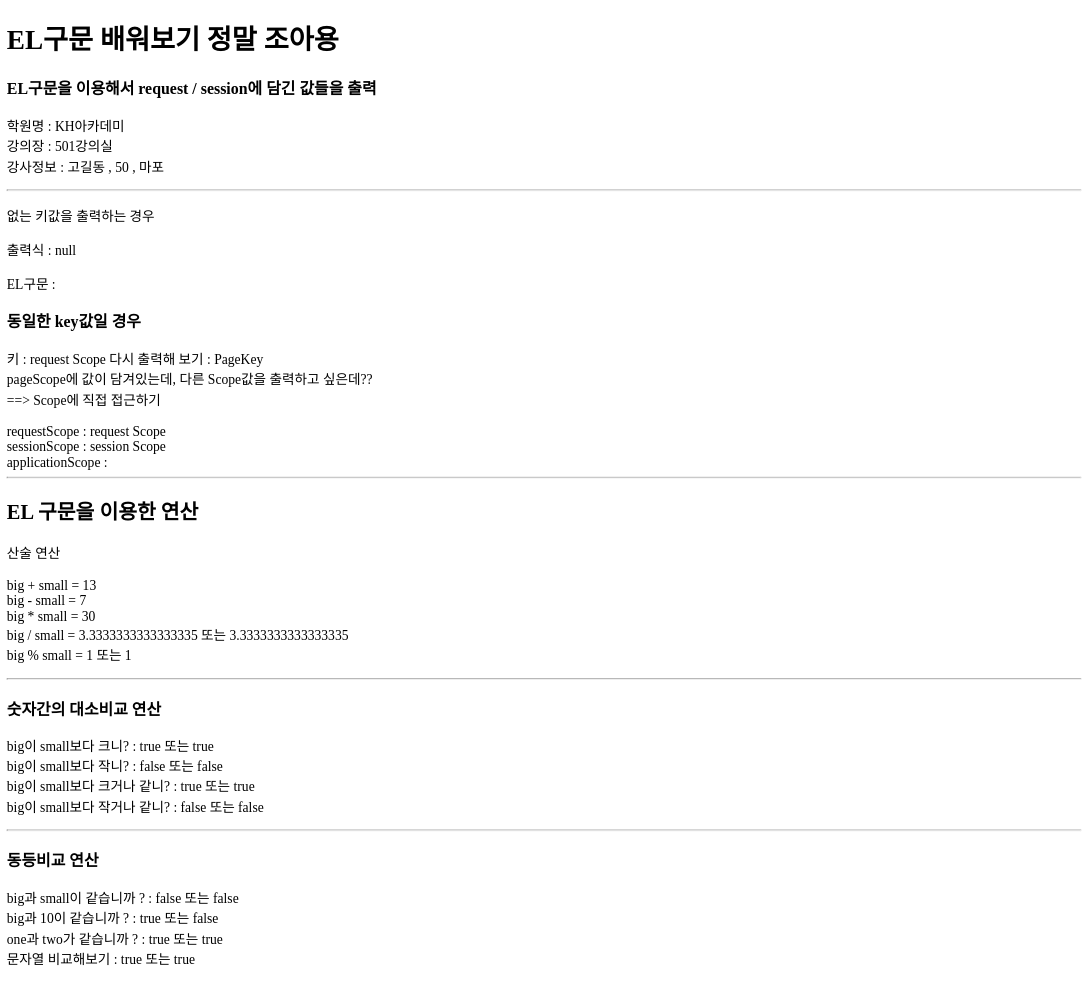
Repository: rlaehqkf/java_practice
Page: http://localhost/ActionProject/el.do
The author's editor kept a copy of each file at every save. The page is drawn from the files as they stood at one save, then again after the next save.
The browser window is 1280 px wide. The pictures show the whole page, at 85% of full size.
The page is served by Tomcat 9.

Above is the page before, as saved 2026-05-06 06:40:07.

### ActionProject/src/main/webapp/WEB-INF/views/01_el.jsp
<%@ page language="java" contentType="text/html; charset=UTF-8"
    pageEncoding="UTF-8"%>

<%@ page import="com.kh.el.model.dto.Person" %>

<!DOCTYPE html>
<html>
<head>
<meta charset="UTF-8">
<title>초강력 JSP</title>
</head>
<body>

	<h1>EL구문 배워보기 정말 조아용</h1>

	<%--

	<%
		String classRoom = (String)request.getAttribute("classRoom");
		Person student = (Person)request.getAttribute("student");

		String academy = (String)session.getAttribute("academy");
		Person lecture = (Person)session.getAttribute("lecture");
	%>

	<p>
		학원명 : <%= academy %> <br>
		강의장 : <%= classRoom %> <br>
		강사정보 : <%= lecture.getName() %>, <%= lecture.getAge() %>, <%= lecture.getAdress() %> <br><br>

		수강생의 정보
		<ul>
			<li> 이름 : <%= student.getName() %></li>
			<li> 나이 : <%= student.getAge() %></li>
			<li> 주소 : <%= student.getAdress() %></li>
		</ul>
	</p>
	--%>

	<h3>EL구문을 이용해서 request / session에 담긴 값들을 출력</h3>

	<p>
		학원명 : ${ academy } <br>
		강의장 : ${ classRoom } <br>
		강사정보 : ${ lecture.name } , ${ lecture.age } , ${ lecture.address } <br>
					<!-- getName() -->



		<!--
			실제로 필드에 직접 접근하는 것은 불가능
			.name => getName()
			내부적으로 getter메소드를 찾아서 호출하는 값을 출력하는 구조
		-->
	</p>

	<hr>

	<p>없는 키값을 출력하는 경우</p>

	<p>출력식 : <%= request.getAttribute("clasRoom") %> </p>
	<p>EL구문 : ${ clasRoom }</p>

	<h3>동일한 key값일 경우</h3>

	키 : ${ key }

	<%
		// page Scope 에 추가
		pageContext.setAttribute("key", "PageKey");
	%>

	다시 출력해 보기 : ${ key } <br>

	<!--

		EL구문은 가장 적은 범위의 scope부터 키값을 찾음
		page => request => session => application순으로 키 값을 검색

		모든 영역을 다 찾았는데 키가 존재하지 않는다? => 아무일도 일어나지 않음 오류 안남
	 -->

	pageScope에 값이 담겨있는데, 다른 Scope값을 출력하고 싶은데?? <br>

	==> Scope에 직접 접근하기 <br><br>

	requestScope : ${ requestScope.key } <br>
	sessionScope : ${ sessionScope.key } <br>
	applicationScope : ${ applicationScope.key } <br>

	<hr>


	<h2>EL 구문을 이용한 연산</h2>

	<p>
		산술 연산 <br><br>

		big + small = ${ big + small }<br>
		big - small = ${ big - small }<br>
		big * small = ${ big * small }<br>
		big / small = ${ big / small } 또는 ${ big div small }<br>
		big % small = ${ big % small } 또는 ${ big mod small }<br>
	</p>

	<hr>

	<h3>숫자간의 대소비교 연산</h3>

	<p>
		big이 small보다 크니? : ${ big > small } 또는 ${ big gt small }<br>
		big이 small보다 작니? : ${ big < small } 또는 ${ big lt small }<br>
		big이 small보다 크거나 같니? : ${ big >= small } 또는 ${ big ge small }<br>
		big이 small보다 작거나 같니? : ${ big <= small } 또는 ${ big le small }<br>
	</p>

	<hr>

	<h3>동등비교 연산</h3>

	<p>
		big과 small이 같습니까 ? : ${ big == small } 또는 ${ big eq small } <br>
		big과 10이 같습니까 ? : ${ big eq 10 } 또는 ${ big ne 10 } <br>
													<!--  ne : not equals -->
		one과 two가 같습니까 ? : ${ strOne == strTwo } 또는 ${ strOne eq strTwo } <br>
		<!-- EL구문에서 문자열 == 비교는 equals()와 같은 동작을 함 -->
		문자열 비교해보기 : ${ strOne == '안녕' } 또는 ${ strOne == "안녕" } <br>

	</p>























</body>
</html>

### ActionProject/src/main/java/com/kh/el/controller/ElServlet.java
package com.kh.el.controller;

import java.io.IOException;
import java.util.ArrayList;

import javax.servlet.ServletException;
import javax.servlet.annotation.WebServlet;
import javax.servlet.http.HttpServlet;
import javax.servlet.http.HttpServletRequest;
import javax.servlet.http.HttpServletResponse;
import javax.servlet.http.HttpSession;

import com.kh.el.model.dto.Person;


@WebServlet("/el.do")
public class ElServlet extends HttpServlet {
	private static final long serialVersionUID = 1L;


    public ElServlet() {
        super();
        // TODO Auto-generated constructor stub
    }


	protected void doGet(HttpServletRequest request, HttpServletResponse response) throws ServletException, IOException {
		// 만약 서블릿에서 응답할 데이터가 존재한다면!!
		// JSP로 포워딩 할 때 request.setAttribute("name값", "value값") -> forward~~
		// request -> Servlet내장객체 / Scope객체


		// application / session / request / page

		/*
		 * 1. application scope : ServletContext
		 * 한 애플리케이션 당 딱 한개 존재하는 객체
		 * 이 영역에 데이터를 담으면 애플리케이션 전역에서 사용 가능
		 *
		 *
		 * 2. session scope : HttpSession
		 * 하나의 브라우저 당, 한개 존재하는 객체
		 * 이 영역에 데이터를 담으면 JSP/Servlet단에서 사용 가능
		 * 값이 한 번 담기면 서버를 멈추거나, 세션을 비우거나(로그아웃), 브라우저가 닫히기 전까지는 계속 사용 가능
		 *
		 * 3. request scope : HttpServletRequest
		 * 요청 및 응답 시 매번 생성되는 객체
		 * 이 영역에 데이터를 담으면 해당 request를 포워딩 받는 응답 JSP에서만 사용가능(1회성)
		 *
		 * 4. page scope : PageContext
		 * JSP페이지에서만 사용가능
		 *
		 * => 위 객체들에 속성을 추가할 때는 .setAttribute("name값" 벨류);
		 * 							  .getAttribute("name값");
		 * 							  .removeAttribute("name값");
		 *
		 */
		// DB에서 작업한 요청 처리 결과
		// DTO(VO) 한 개, List<DTO>, int, String

		request.setAttribute("classRoom", "501강의실");
		request.setAttribute("student", new Person("홍길동", 15, "한양"));

		// sessionScope
		HttpSession session = request.getSession();
		session.setAttribute("academy", "KH아카데미");
		session.setAttribute("lecture", new Person("고길동", 50, "마포"));

		// 동일한 key
		request.setAttribute("key", "request Scope");
		session.setAttribute("key", "session Scope");

		// 숫자
		request.setAttribute("small", 3);
		request.setAttribute("big", 10);

		// 문자열
		request.setAttribute("strOne", "안녕");
		request.setAttribute("strTwo", new String("안녕"));

		// 객체
		request.setAttribute("obj", new Person("콩쥐", 20, "콩쥐네"));

		// 리스트
		request.setAttribute("list", new ArrayList());

		// 응답 뷰 배정 -> 포워딩
		request.getRequestDispatcher("WEB-INF/views/01_el.jsp").forward(request, response);

	}




	protected void doPost(HttpServletRequest request, HttpServletResponse response) throws ServletException, IOException {
		// TODO Auto-generated method stub
		doGet(request, response);
	}

}

### ActionProject/src/main/java/com/kh/el/model/dto/Person.java
package com.kh.el.model.dto;

public class Person {
	private String name;
	private int age;
	private String address;

	public Person(String name, int age, String address) {
		super();
		this.name = name;
		this.age = age;
		this.address = address;
	}
	public Person() {
		super();
	}
	public String getName() {
		return name;
	}
	public void setName(String name) {
		this.name = name;
	}
	public int getAge() {
		return age;
	}
	public void setAge(int age) {
		this.age = age;
	}
	public String getAddress() {
		return address;
	}
	public void setAdress(String address) {
		this.address = address;
	}

	@Override
	public String toString() {
		return "Person [name=" + name + ", age=" + age + ", address=" + address + "]";
	}



}

After the next save:
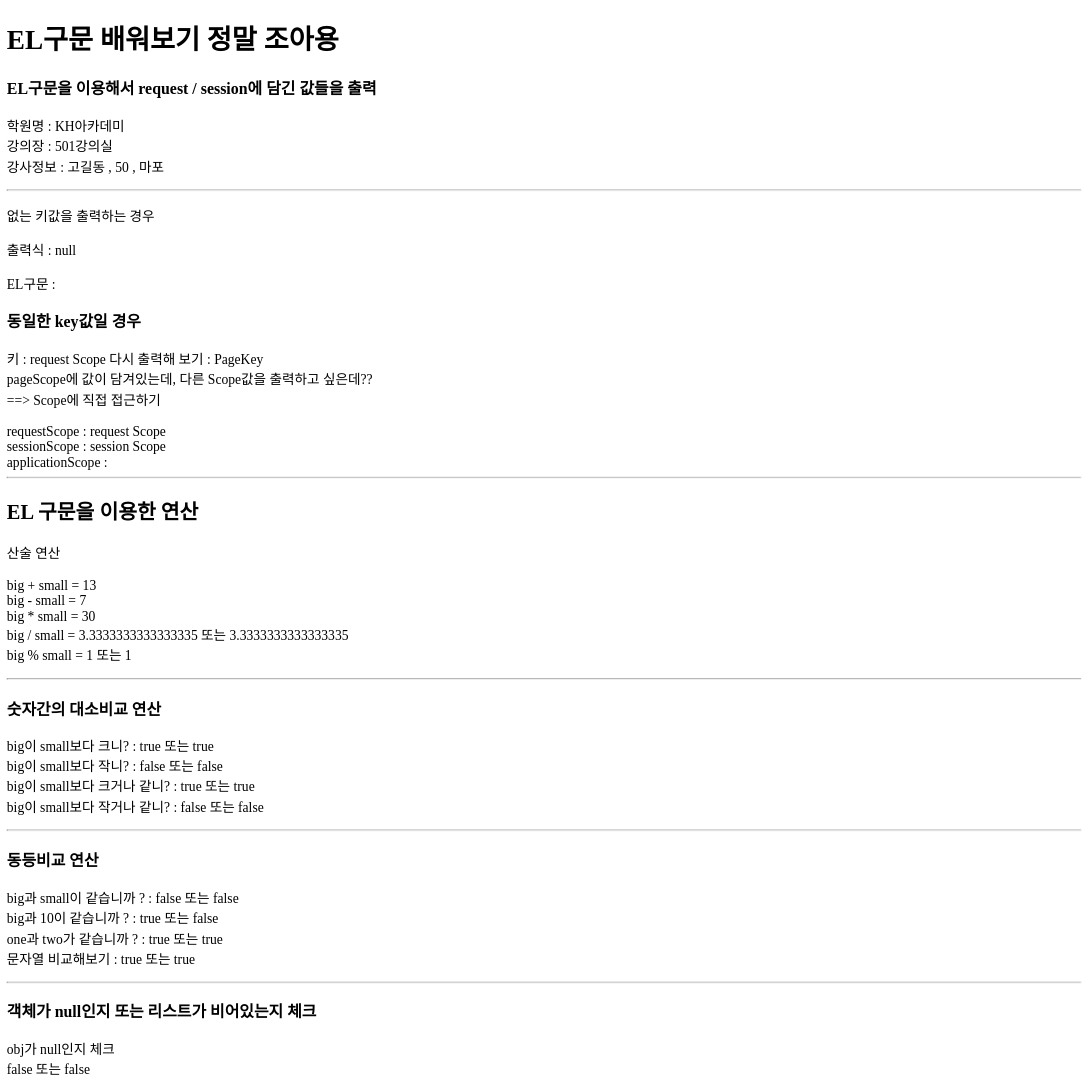
Saved 2 min 5 s later.
--- a/ActionProject/src/main/webapp/WEB-INF/views/01_el.jsp
+++ b/ActionProject/src/main/webapp/WEB-INF/views/01_el.jsp
@@ -125,9 +125,17 @@
 		one과 two가 같습니까 ? : ${ strOne == strTwo } 또는 ${ strOne eq strTwo } <br>
 		<!-- EL구문에서 문자열 == 비교는 equals()와 같은 동작을 함 -->
 		문자열 비교해보기 : ${ strOne == '안녕' } 또는 ${ strOne == "안녕" } <br>
-
 	</p>
 
+	<hr>
+
+	<h3>객체가 null인지 또는 리스트가 비어있는지 체크</h3>
+
+	<%-- if(list.isEmpty()) --%>
+
+	<p>
+		obj가 null인지 체크 <br>
+		${ obj == null } 또는 ${ obj eq null }
 
 
 
